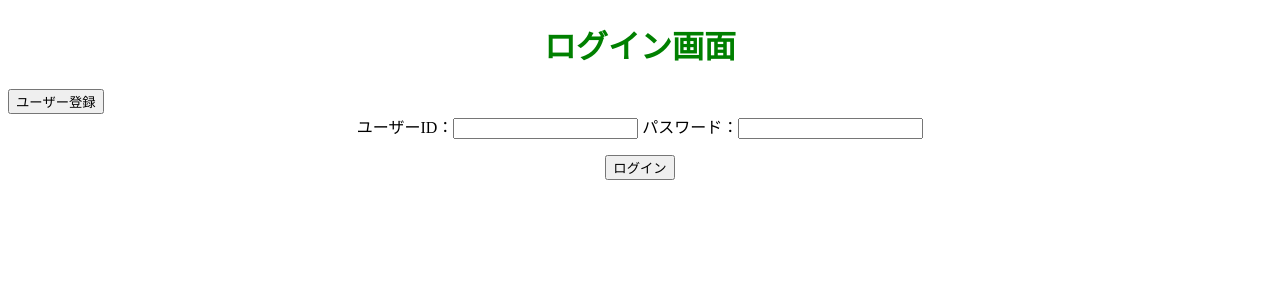
Repository: yasu-0719/Python_Flask
Page: http://localhost/
The author's editor kept a record of every edit. The page is drawn from the files as they stood at one moment, then again after the next edit.
The browser window is 1280 px wide. The pictures show the whole page.
The page is served by the project's application, run on Flask 3 (Python_Flask/app/.~c9_invoke_ByRo0i.py).

Above is the page before.

After the next edit:
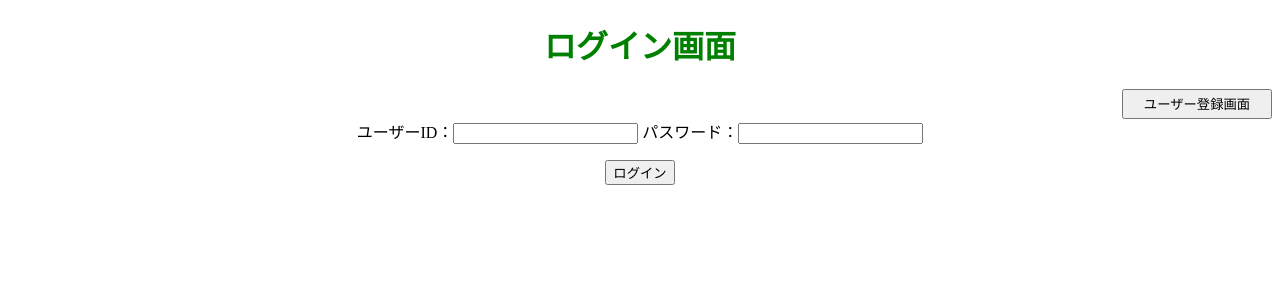
The edit:
--- a/Python_Flask/app/templates/login.html
+++ b/Python_Flask/app/templates/login.html
@@ -10,8 +10,8 @@
     <tr class='message'>
         <p>{{ message }}</p>
     </tr>
-    <form action="/transit" method="POST">
-        <input type="submit" value="ユーザー登録" name="users_register">
+    <form action="/transit" method="POST" style="text-align:right;">
+        <input type="submit" value="ユーザー登録画面" name="users_register" style="height:30px;width:150px;">
     </form>
     <form action="/login" method="POST" style="text-align:center;">
         ユーザーID：<input type="text" value="" name="user_id">
